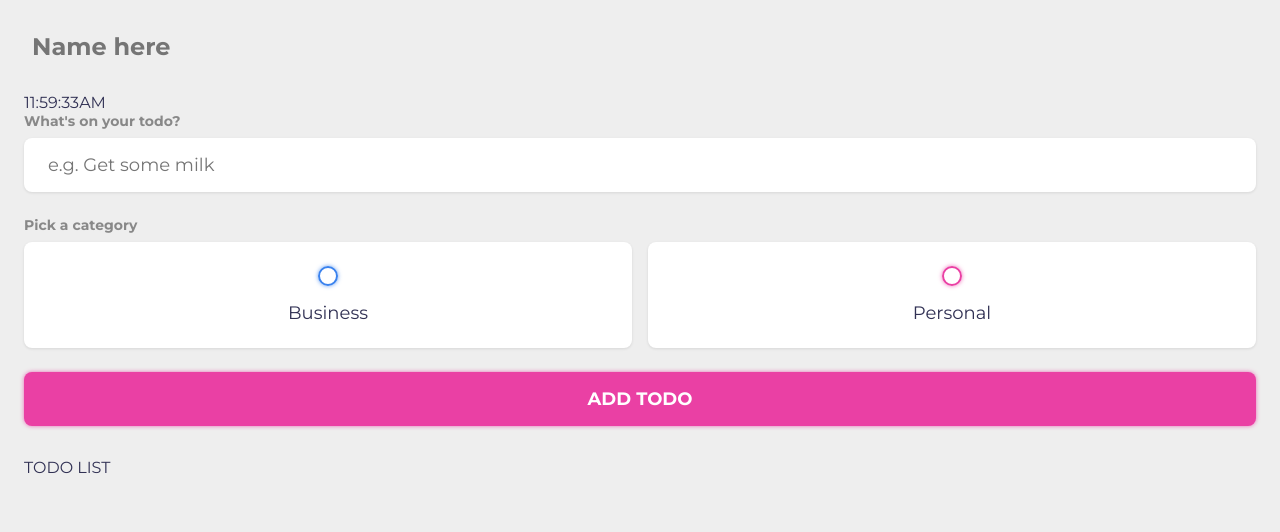
Repository: kluivert-ssali/kaDo_final
Page: index.html
These files come from the project's save history. The page is drawn as it stood at one moment and after the next save; the edit follows.
The browser window is 1280 px wide. The pictures show the whole page.
Some web libraries are served in a nearby version.

Above is the page before, as saved 2023-06-11 18:56:34.

After the next save:
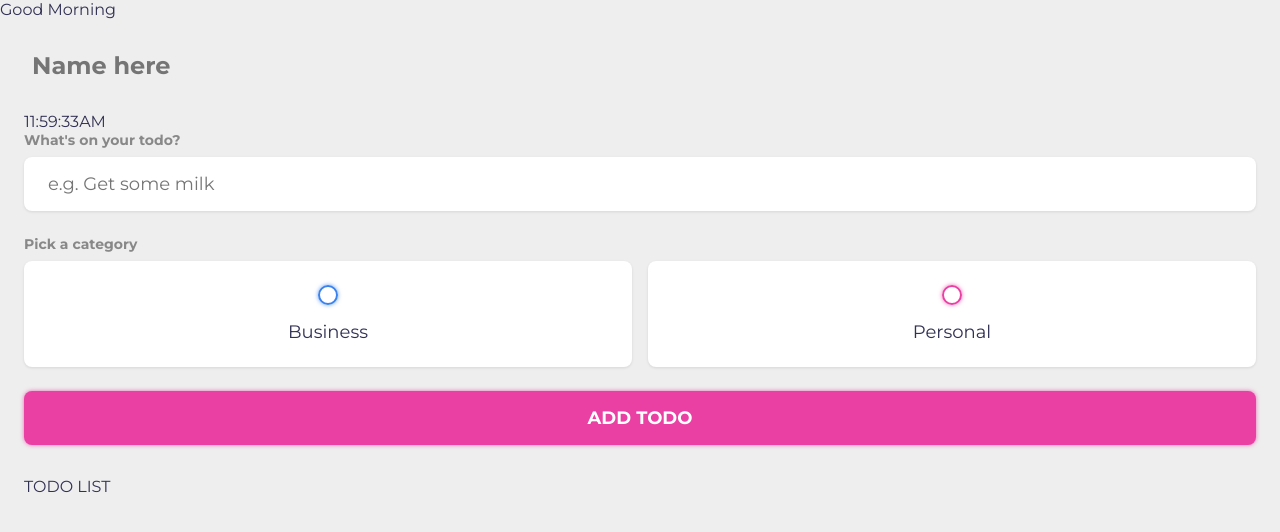
Saved 2 min 18 s later.
--- a/index.html
+++ b/index.html
@@ -20,6 +20,7 @@
   <body>
     <script src="https://ajax.googleapis.com/ajax/libs/jquery/2.1.1/jquery.min.js"></script>
     <!-- App Wrapper -->
+    <h3 class="day-message"></h3>
     <main class="app">
       <!-- Greeting -->
       <section class="greeting">

After the save that followed:
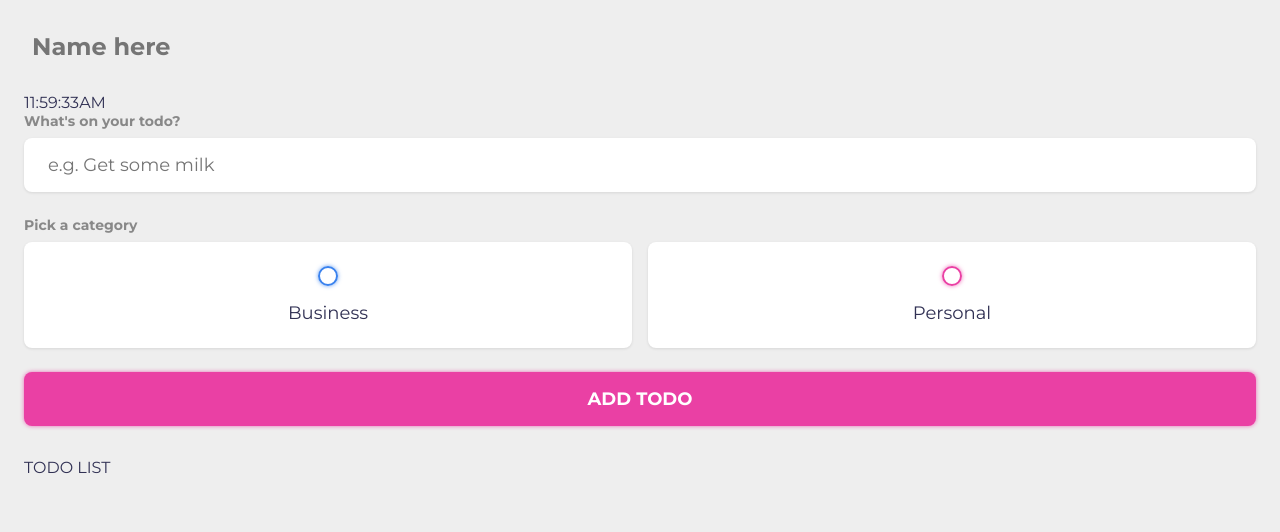
Saved 90 s later.
--- a/index.html
+++ b/index.html
@@ -20,13 +20,12 @@
   <body>
     <script src="https://ajax.googleapis.com/ajax/libs/jquery/2.1.1/jquery.min.js"></script>
     <!-- App Wrapper -->
-    <h3 class="day-message"></h3>
     <main class="app">
       <!-- Greeting -->
       <section class="greeting">
+        <a class="day-message"></a>
         <h2 class="title">
-          <a class="day-message"></a
-          ><input type="text" id="name" placeholder="Name here" />
+          <input type="text" id="name" placeholder="Name here" />
         </h2>
       </section>
       <!-- End of Greeting -->
